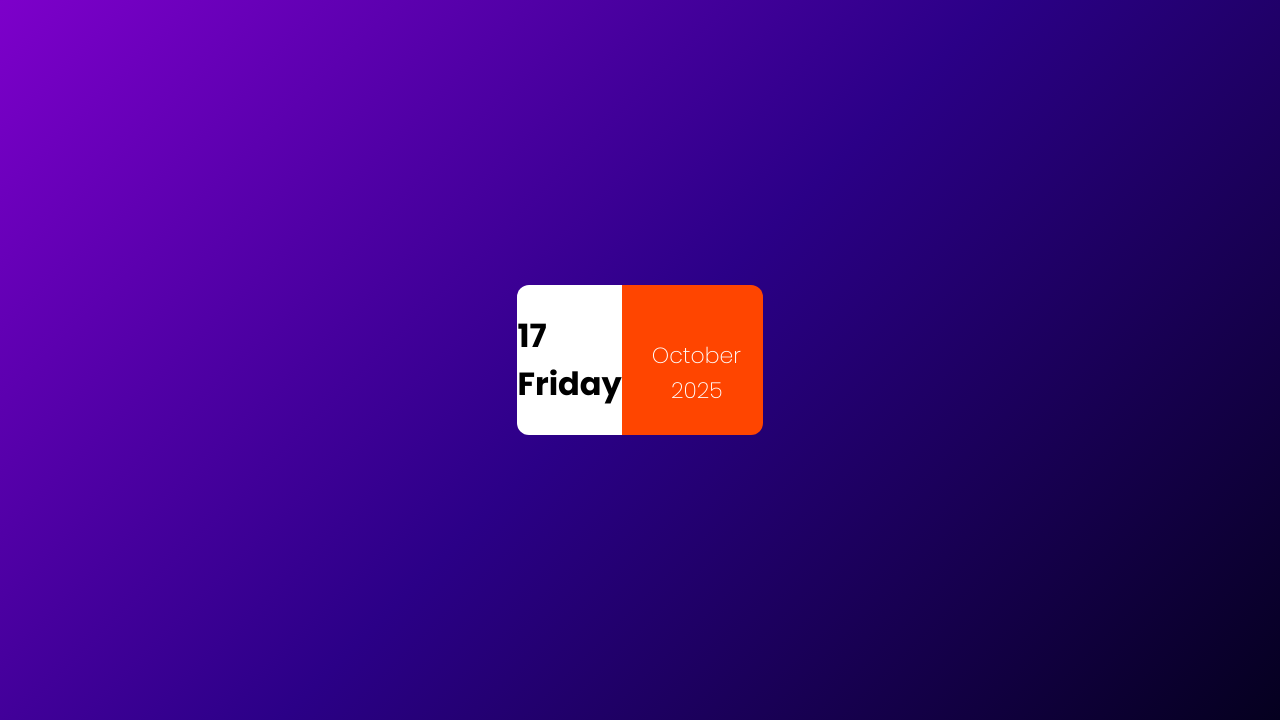
Repository: Ankitkr2021/Calendar
Page: index.html
The author's editor kept a copy of each file at every save. The page is drawn from the files as they stood at one save, then again after the next save.
The browser window is 1280 px wide. The pictures show the whole page.

Above is the page before, as saved 2025-10-17 19:32:45.

After the next save:
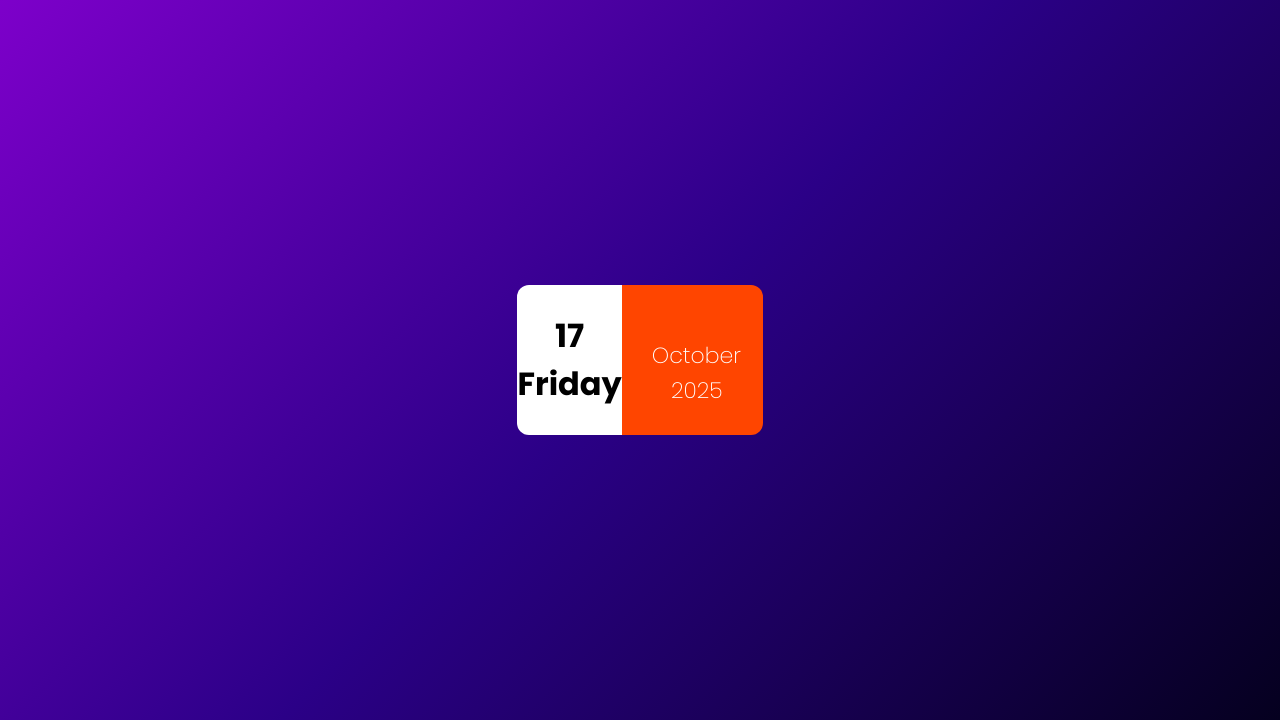
Saved 14 s later.
--- a/style.css
+++ b/style.css
@@ -25,6 +25,10 @@
     justify-content: center;
     border-top-left-radius: 12px;
     border-bottom-left-radius: 12px;
+}
+
+.din {
+    text-align: center;
 }
 
 .mon {
